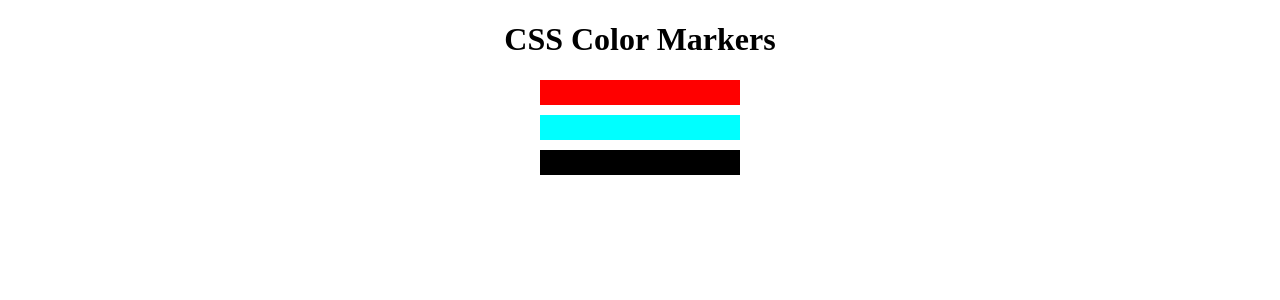
Repository: AimenDje/ColoredMarkers
Page: index.html
The author's editor kept a copy of each file at every save. The page is drawn from the files as they stood at one save, then again after the next save.
The browser window is 1280 px wide. The pictures show the whole page.

Above is the page before, as saved 2025-05-08 16:13:56.

After the next save:
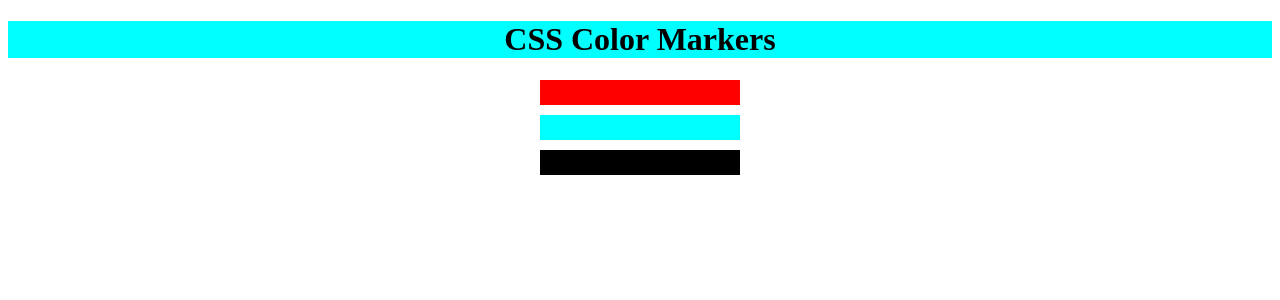
Saved 7 min 21 s later.
--- a/styles.css
+++ b/styles.css
@@ -1,5 +1,6 @@
 h1 {
     text-align:center;
+    background-color:rgb(0,255,255);
 }
 
 .marker {
